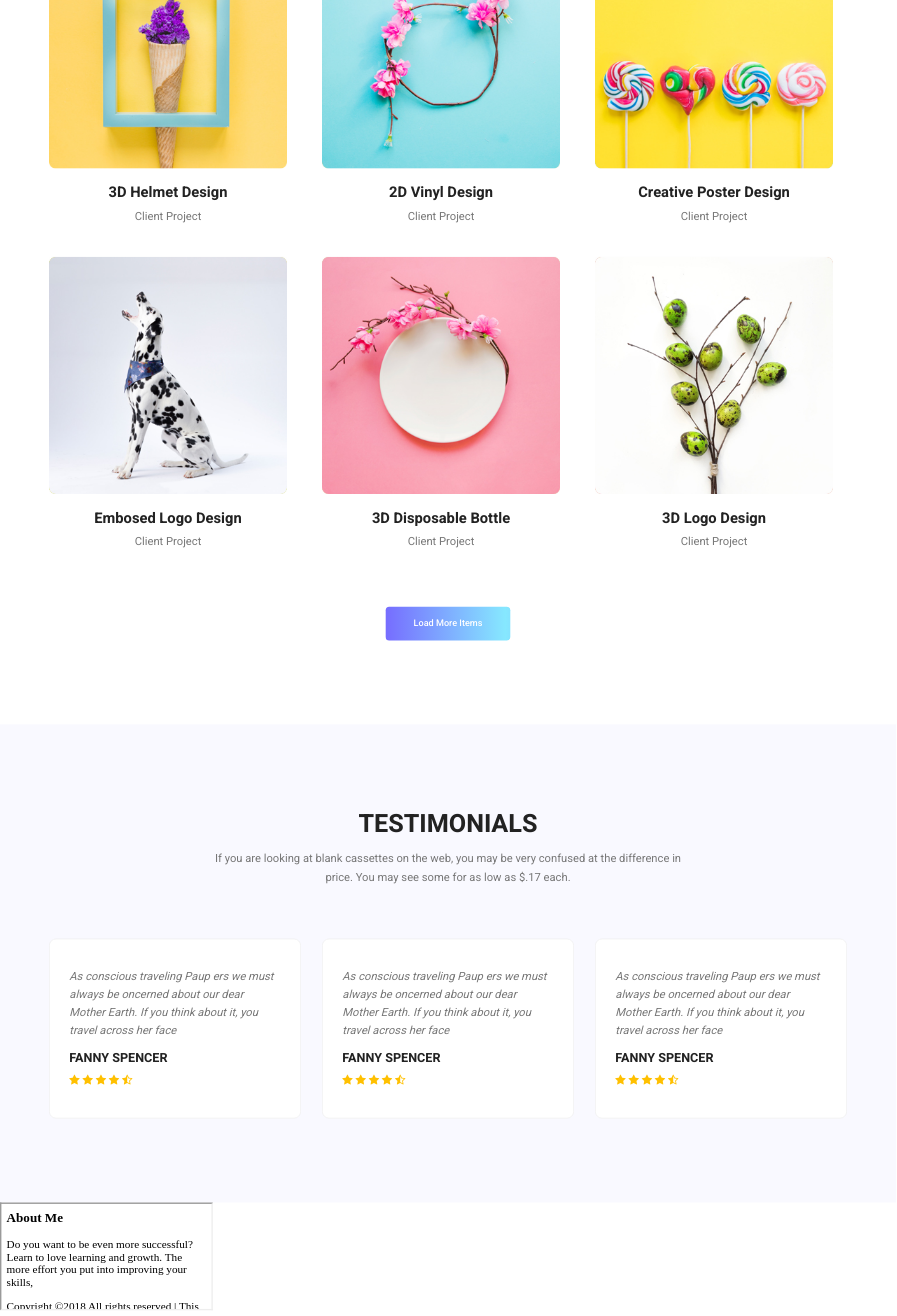
Repository: ChaabeneHabib/habib-chaabene
Page: index.html
These files come from the project's save history. The page is drawn as it stood at one moment and after the next save; the edit follows.
The browser window is 1280 px wide. The page is 1281 px wide, so the pictures cover 1281 px, including what lies to the right of the window. The pictures show the part of the page from y = 3707 to 5587 px (the page is 5587 px tall before and 5583 px after), at 70% of full size.

Above is the page before, as saved 2019-11-16 12:41:56.

After the next save:
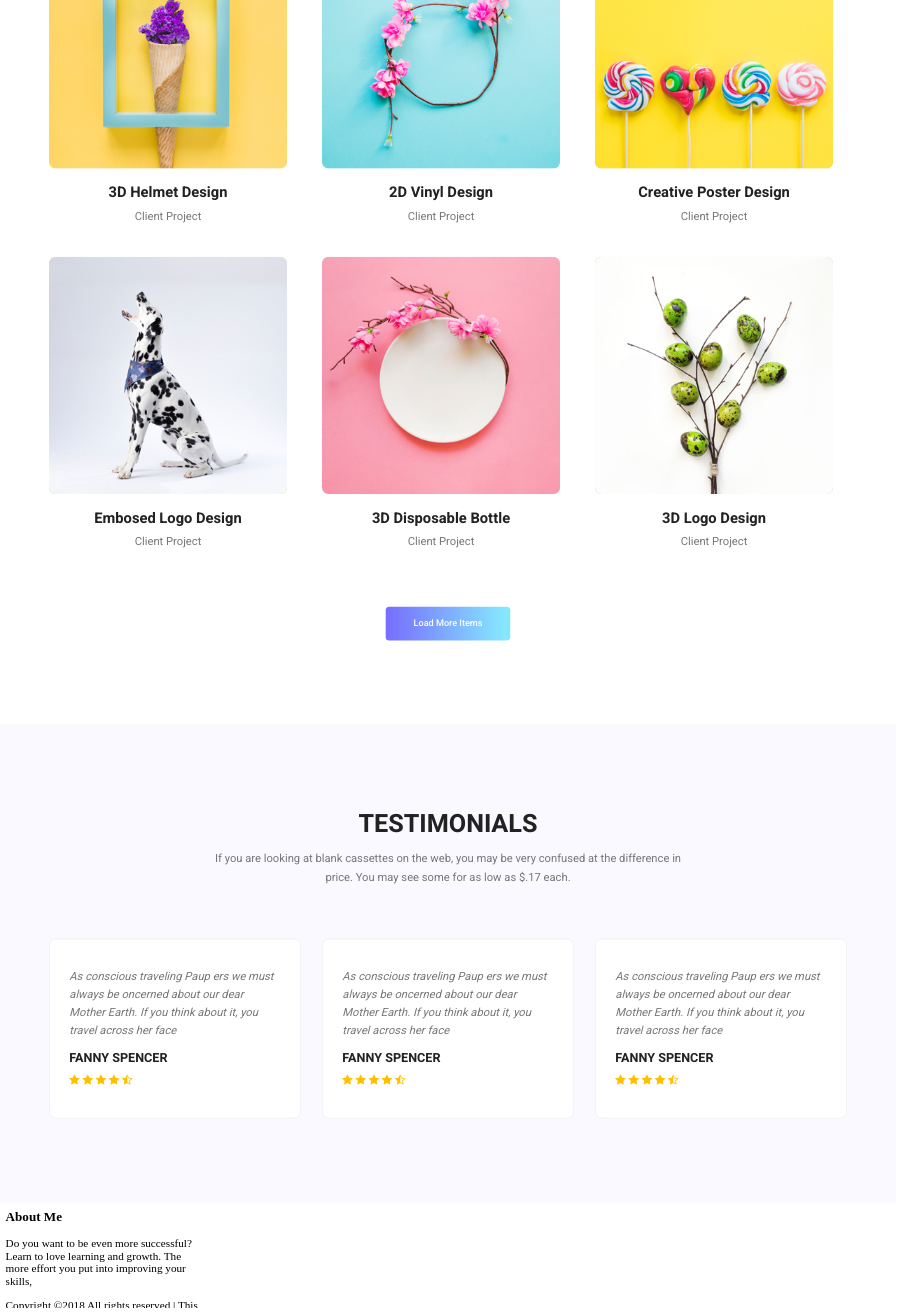
Saved 47 s later.
--- a/index.html
+++ b/index.html
@@ -19,7 +19,10 @@
         <!-- main css -->
         <link rel="stylesheet" href="css/style.css">
 		<link rel="stylesheet" href="css/responsive.css">
-
+	<style>
+	iframe[seamless] {
+    border: none;
+	</style>
     </head>
     <body>
 

After the save that followed:
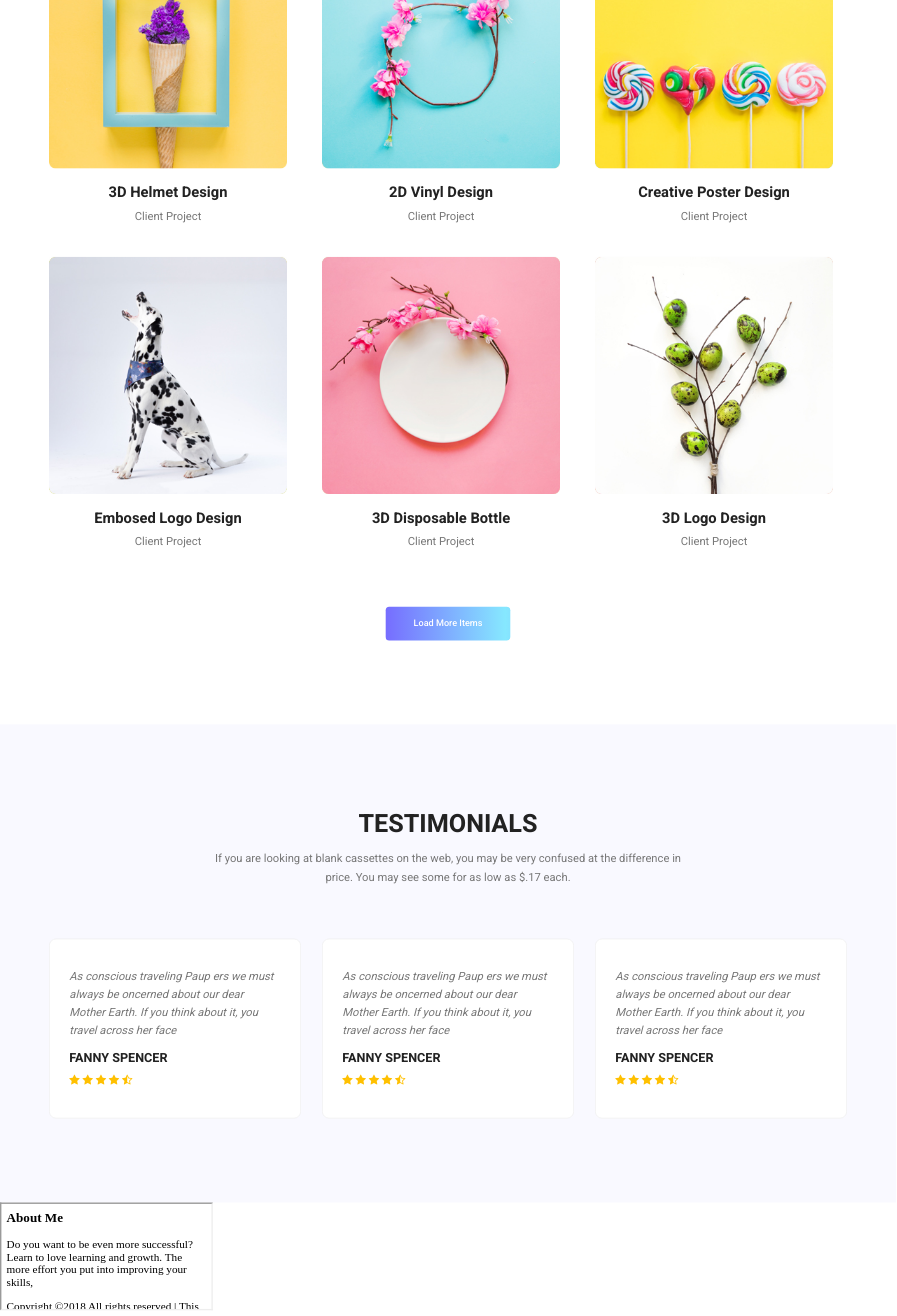
Saved 36 s later.
--- a/index.html
+++ b/index.html
@@ -19,10 +19,9 @@
         <!-- main css -->
         <link rel="stylesheet" href="css/style.css">
 		<link rel="stylesheet" href="css/responsive.css">
-	<style>
-	iframe[seamless] {
-    border: none;
-	</style>
+
+
+
     </head>
     <body>
 
